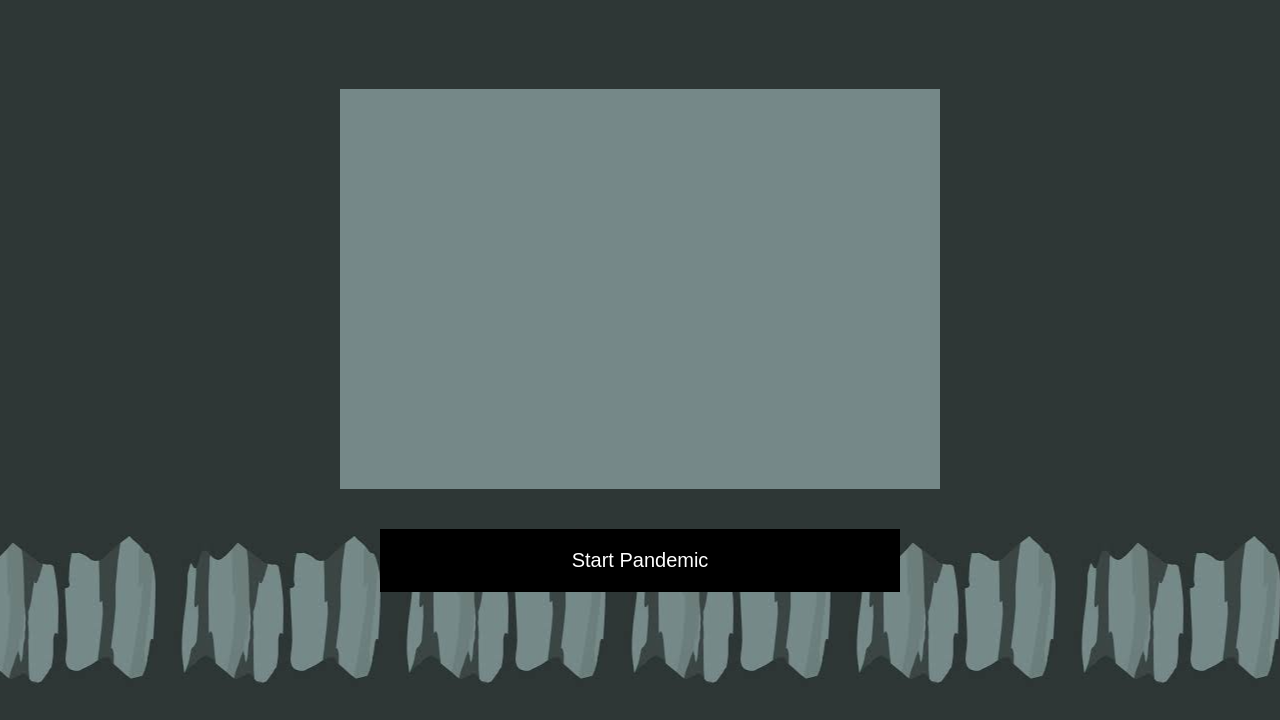
Repository: mindfoo/project-game
Page: index.html
The author's editor kept a copy of each file at every save. The page is drawn from the files as they stood at one save, then again after the next save.
The browser window is 1280 px wide. The pictures show the whole page.

Above is the page before, as saved 2020-03-25 21:37:51.

After the next save:
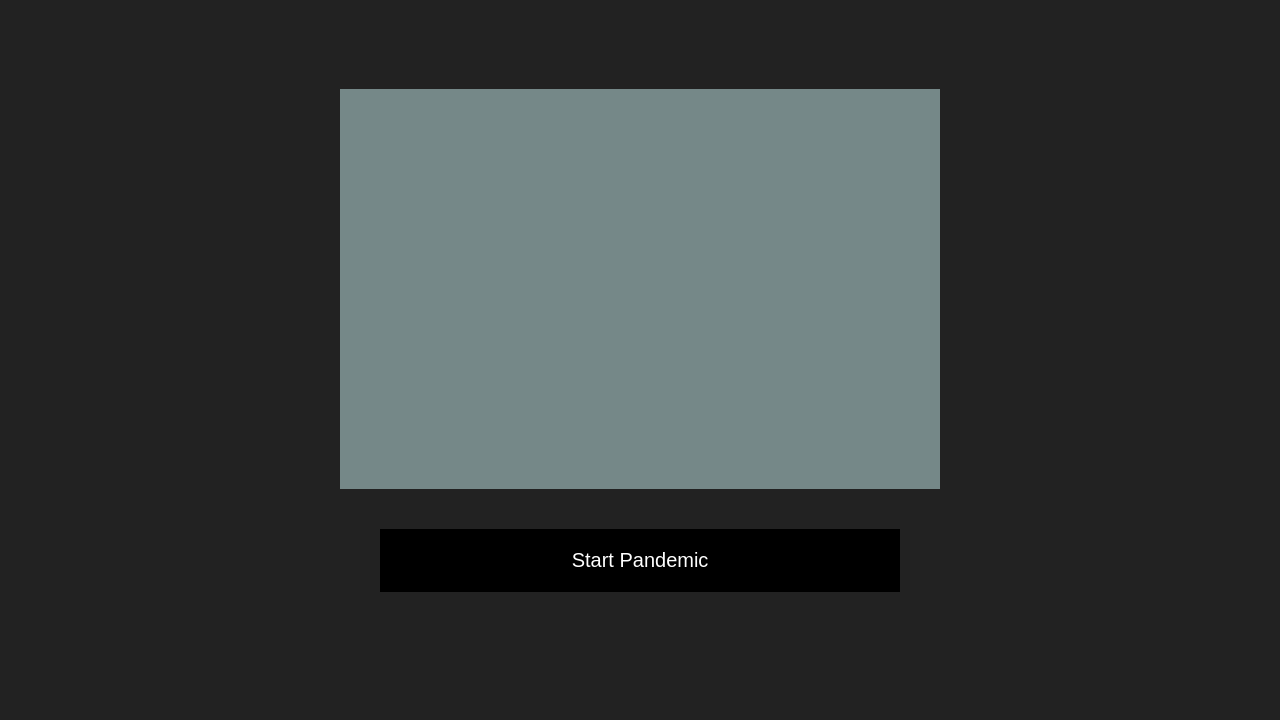
Saved 52 s later.
--- a/styles/style.css
+++ b/styles/style.css
@@ -5,7 +5,7 @@ html, body {
   overflow: hidden;
   margin: 0;
   padding: 0;
-  background: #2e3736 url(../images/cave.jpeg) repeat-x bottom;
+  background: #222;
   width: 100vw;
   height: 100vh;
   position: relative;
